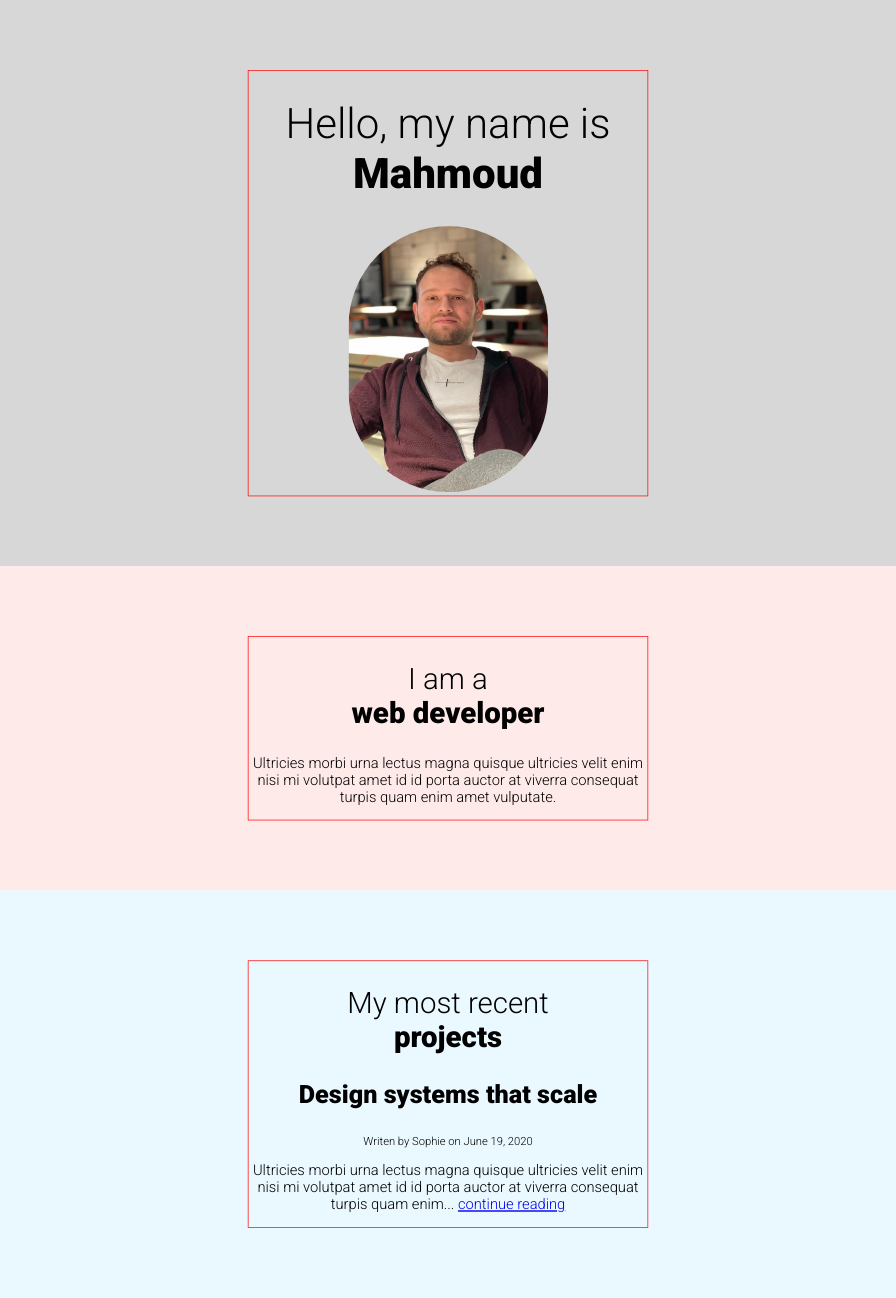
Repository: Doumham-Armah/portfolio
Page: index.html
An editor plug-in stored every save of this project. The page is shown before and after the next save, followed by the edit.
The browser window is 1280 px wide. The pictures show the whole page, at 70% of full size.

Above is the page before, as saved 2021-08-17 12:17:51.

After the next save:
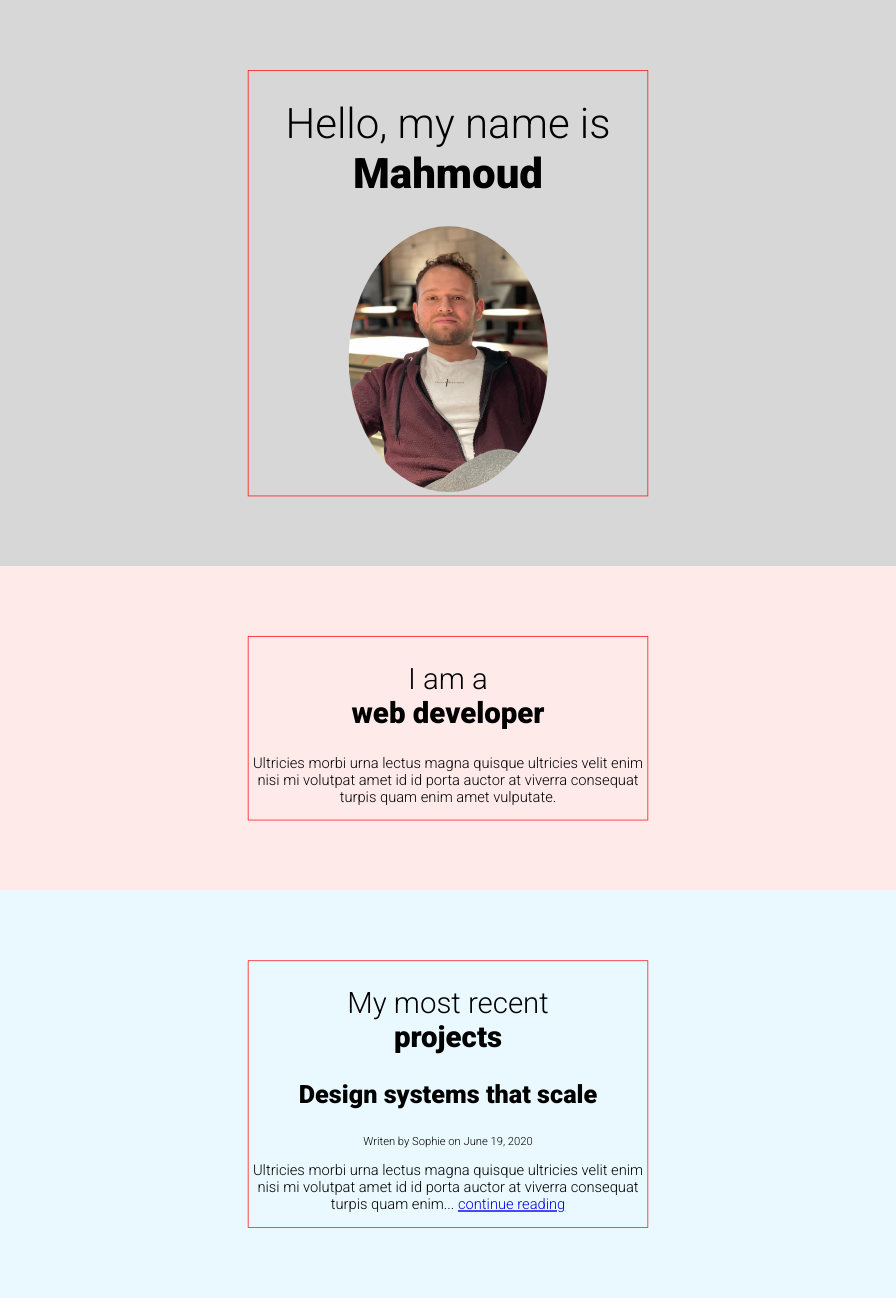
Saved 17 s later.
--- a/style.css
+++ b/style.css
@@ -58,5 +58,5 @@ header {
 .my-photo {
   max-width: 50%;
   height: auto;
-  border-radius: 10rem;
+  border-radius: 100%;
 }
